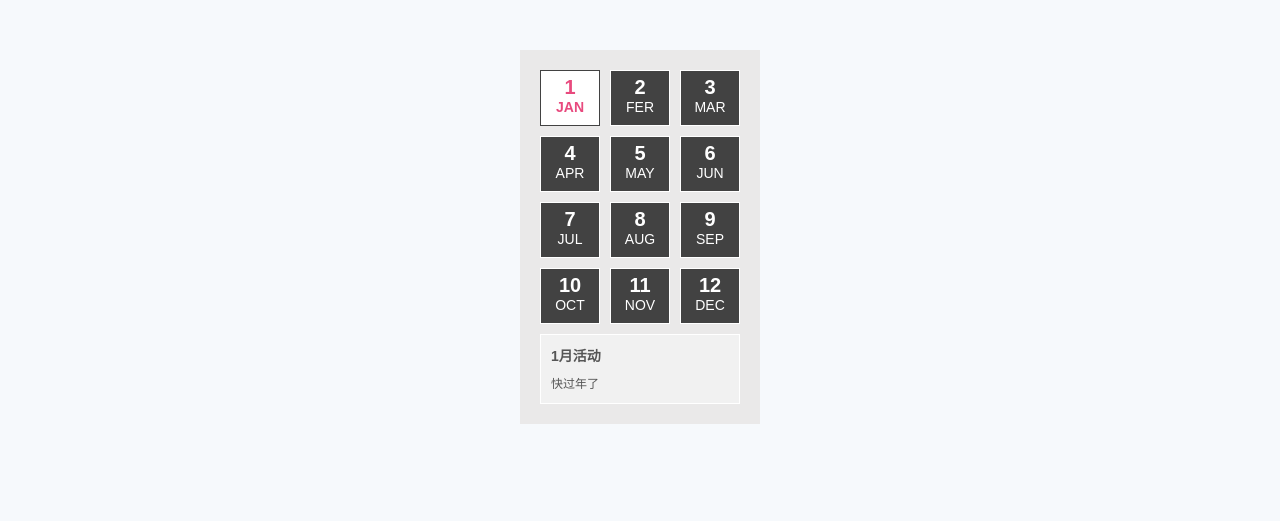
Repository: j38472/STS
Page: js&jq/js/js/简单日历/zns_demo.html
An editor plug-in stored every save of this project. The page is shown before and after the next save, followed by the edit.
The browser window is 1280 px wide. The pictures show the whole page.

Above is the page before, as saved 2017-12-27 06:06:39.

### js&jq/js/js/简单日历/zns_demo.html
<!DOCTYPE html>
<html>
<head>
<meta charset="UTF-8">
<title>简易日历</title>
<link href="zns_style.css" rel="stylesheet" />
<script type="text/javascript">
	var aDatas = [
			"快过年了，大家可以商量着去哪玩吧～",
			"精通JavaScript开发课程 ",
			"HTML5开发课程，让你熟练掌握移动应用开发技术",
			"精通各种DOM类应用，熟练掌握面向对象编程思想（OOP）",
			"熟练掌握AJAX技术及相关应用（例如：新浪微博级应用",
			"可以独立写出类似jQuery的小型库（支持各类选择符、事件类、DOM、自定义动画animate、AJAX……）",
			"精通JS运动特效技术，能完整实现各类网站所有动画特效，",
			"掌握JS调试及优化技术、能兼容所有浏览器  ",
			"精通JS事件对象及事件的工作机制，并能完成各类跨平台应用模块的开发",
			"能独立开发表现和性能都很优秀的RIA应用",
			"了解后台编程的相关知识，能够和后台工程师配合完成大型交互应用 ",
			"熟悉正则表达式的编写、应用及高级表单验证技术" ];
	window.onload = function() {
		var oDiv = document.getElementById('tab');
		var oUl = oDiv.getElementsByTagName('ul')[0];
		var aBtn = oUl.getElementsByTagName('li');
		var oTxt = oDiv.getElementsByTagName('div')[0];

		var i = 0;

		for (i = 0; i < aBtn.length; i++) {
			aBtn[i].index = i;
			aBtn[i].onmouseover = function() {
				for (i = 0; i < aBtn.length; i++) {
					aBtn[i].className = '';
				}
				this.className = 'active';
				oTxt.innerHTML = '<h2>' + (this.index + 1) + '月活动</h2><p>'
						+ aDatas[this.index] + '</p>';
			};
		}
	};
</script>
</head>
<body>
	<div id="tab" class="calendar">
		<ul>
			<li class="active"><h2>1</h2>
				<p>JAN</p></li>
			<li><h2>2</h2>
				<p>FER</p></li>
			<li><h2>3</h2>
				<p>MAR</p></li>
			<li><h2>4</h2>
				<p>APR</p></li>
			<li><h2>5</h2>
				<p>MAY</p></li>
			<li><h2>6</h2>
				<p>JUN</p></li>
			<li><h2>7</h2>
				<p>JUL</p></li>
			<li><h2>8</h2>
				<p>AUG</p></li>
			<li><h2>9</h2>
				<p>SEP</p></li>
			<li><h2>10</h2>
				<p>OCT</p></li>
			<li><h2>11</h2>
				<p>NOV</p></li>
			<li><h2>12</h2>
				<p>DEC</p></li>
		</ul>
		<div class="text">
			<h2>1月活动</h2>
			<p>快过年了</p>
		</div>
	</div>
</body>
</html>

### js&jq/js/js/简单日历/zns_style.css
@charset "utf-8";
/* CSS Document */
* {
	padding: 0;
	margin: 0;
}

li {
	list-style: none;
}

body {
	background: #f6f9fc;
	font-family: arial;
}

.calendar {
	width: 210px;
	margin: 50px auto 0;
	padding: 10px 10px 20px 20px;
	background: #eae9e9;
}

.calendar ul {
	width: 210px;
	overflow: hidden;
	padding-bottom: 10px;
}

.calendar li {
	float: left;
	width: 58px;
	height: 54px;
	margin: 10px 10px 0 0;
	border: 1px solid #fff;
	background: #424242;
	color: #fff;
	text-align: center;
	cursor: pointer;
}

.calendar li h2 {
	font-size: 20px;
	padding-top: 5px;
}

.calendar li p {
	font-size: 14px;
}

.calendar .active {
	border: 1px solid #424242;
	background: #fff;
	color: #e84a7e;
}

.calendar .active h2 {

}

.calendar .active p {
	font-weight: bold;
}

.calendar .text {
	width: 178px;
	padding: 0 10px 10px;
	border: 1px solid #fff;
	padding-top: 10px;
	background: #f1f1f1;
	color: #555;
}

.calendar .text h2 {
	font-size: 14px;
	margin-bottom: 10px;
}

.calendar .text p {
	font-size: 12px;
	line-height: 18px;
}

After the next save:
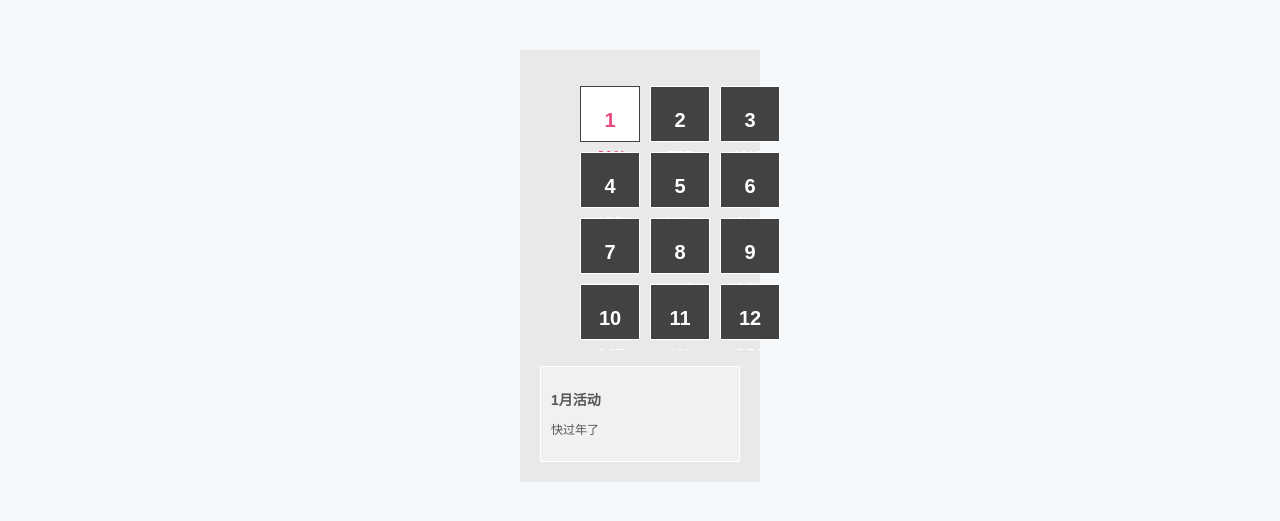
Saved 19 min 1 s later.
--- a/js&jq/js/js/简单日历/zns_style.css
+++ b/js&jq/js/js/简单日历/zns_style.css
@@ -1,9 +1,6 @@
 @charset "utf-8";
 /* CSS Document */
-* {
-	padding: 0;
-	margin: 0;
-}
+
 
 li {
 	list-style: none;

After the save that followed:
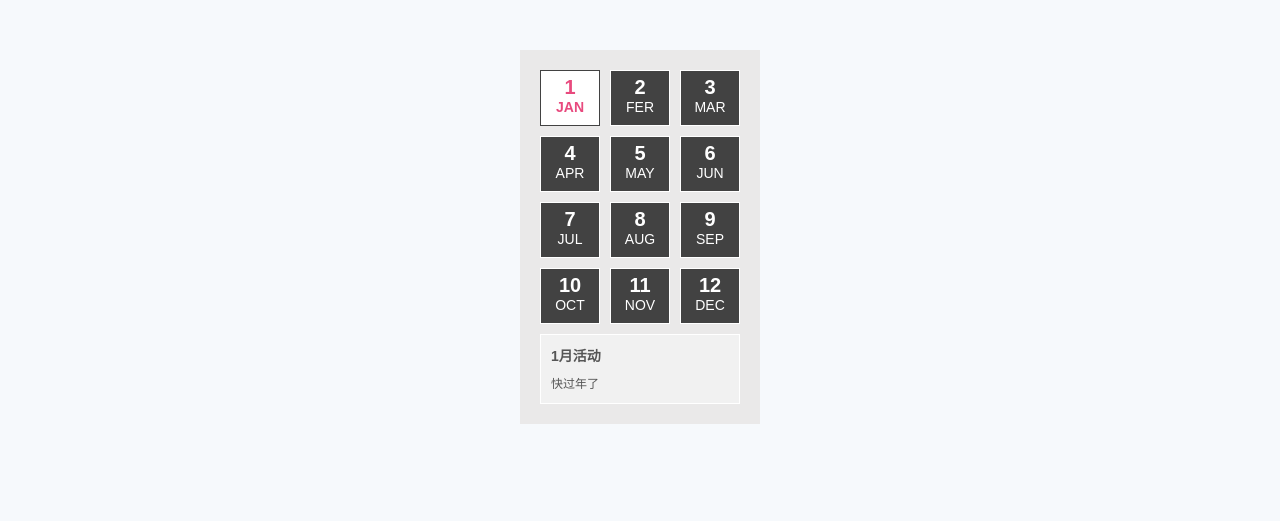
Saved 9 s later.
--- a/js&jq/js/js/简单日历/zns_style.css
+++ b/js&jq/js/js/简单日历/zns_style.css
@@ -1,6 +1,9 @@
 @charset "utf-8";
 /* CSS Document */
-
+* {
+	padding: 0;
+	margin: 0;
+}
 
 li {
 	list-style: none;
